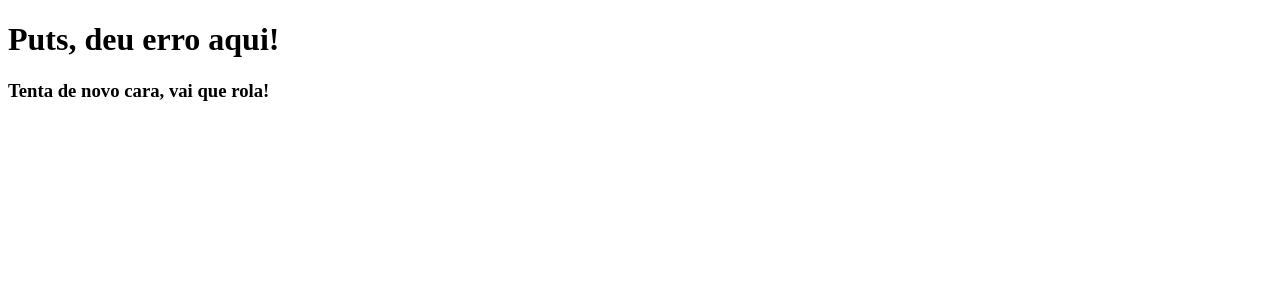
Repository: noceravictor/projetosbs
Page: fj21-agenda/WebContent/404.html
An editor plug-in stored every save of this project. The page is shown before and after the next save, followed by the edit.
The browser window is 1280 px wide. The pictures show the whole page.

Above is the page before, as saved 2019-03-20 14:07:29.

### fj21-agenda/WebContent/404.html
<!DOCTYPE html>
<html>
<head>
<meta charset="UTF-8">
<title>Ocorreu uma falha no erro que errou1</title>
</head>
<body>
	<h1>Puts, deu erro aqui!</h1>
	<h3>Tenta de novo cara, vai que rola!</h3>
</body>
</html>

After the next save:
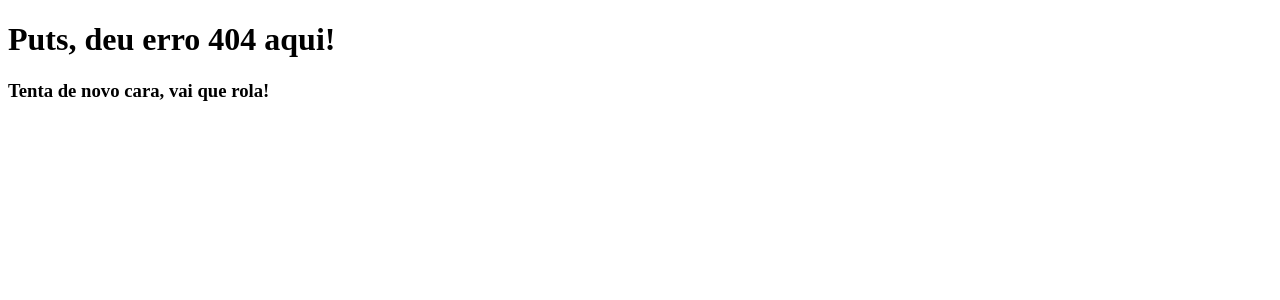
Saved 4 min 50 s later.
--- a/fj21-agenda/WebContent/404.html
+++ b/fj21-agenda/WebContent/404.html
@@ -5,7 +5,7 @@
 <title>Ocorreu uma falha no erro que errou1</title>
 </head>
 <body>
-	<h1>Puts, deu erro aqui!</h1>
+	<h1>Puts, deu erro 404 aqui!</h1>
 	<h3>Tenta de novo cara, vai que rola!</h3>
 </body>
 </html>
